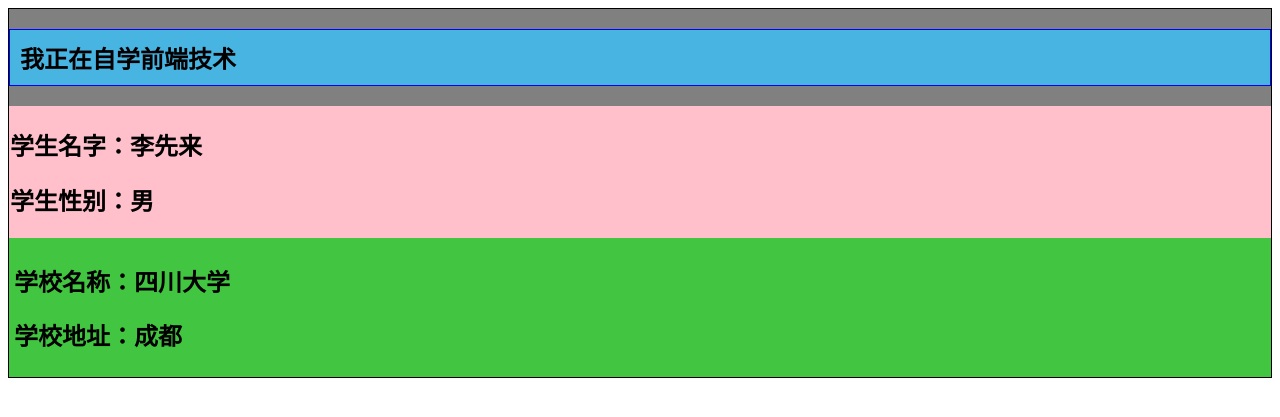
Repository: Lixianlai-2/The-journey-of-learning-Vue
Page: / (app in afterVueCli/Vue_Test/)
These files come from the project's save history. The page is drawn as it stood at one moment and after the next save; the edit follows.
The browser window is 1280 px wide. The pictures show the whole page.
The project was rebuilt for these pictures with package versions that can differ from the ones it lists, and the page was loaded fresh each time.

Above is the page before, as saved 2022-04-24 08:56:03.

### afterVueCli/Vue_Test/src/main.js
import Vue from "vue";
import App from "./App.vue";

// 关闭生产模式提醒
Vue.config.productionTip = false;

new Vue({
  render: (h) => h(App),
}).$mount("#app");

### afterVueCli/Vue_Test/src/App.vue
<template>
  <div id="app">
    <h2 class="hello">{{ msg }}</h2>
    <student />
    <school />
  </div>
</template>

<script>
import School from "./components/school.vue";
import student from "./components/student.vue";

export default {
  name: "App",
  components: {
    student,
    School,
  },
  data() {
    return {
      msg: "我正在自学前端技术",
    };
  },
};
</script>

<style lang="less">
#app {
  border: 1px solid black;
  background-color: gray;
  .hello {
    padding: 10px;
    border: 1px solid blue;
    background-color: rgb(71, 180, 226);
    margin-bottom: 20px;
  }
}
</style>

### afterVueCli/Vue_Test/src/components/school.vue
<template>
  <div class="school">
    <h2>学校名称：{{ name }}</h2>
    <h2>学校地址：{{ address }}</h2>
    <!-- <button @click="showName">点击弹出学生名字</button> -->
  </div>
</template>

<script>
export default {
  data() {
    return {
      name: "四川大学",
      address: "成都",
    };
  },
};
</script>

<style scoped]>
.school {
  padding: 5px;
  background-color: rgb(66, 197, 64);
}
</style>

### afterVueCli/Vue_Test/src/components/student.vue
<template>
  <div class="student">
    <h2>学生名字：{{ name }}</h2>
    <h2>学生性别：{{ gender }}</h2>
  </div>
</template>

<script>
export default {
  data() {
    return {
      name: "李先来",
      gender: "男",
    };
  },
};
</script>

<style scoped>
.student {
  padding: 1px;
  background-color: pink;
}
</style>

Loaded but not shown: afterVueCli/Vue_Test/public/index.html (common file)

After the next save:
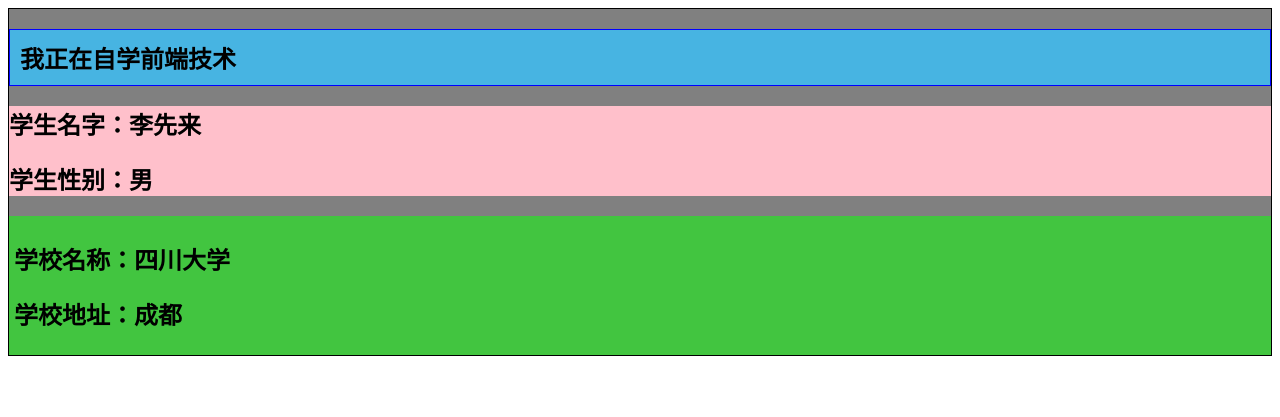
Saved 50 s later.
--- a/afterVueCli/Vue_Test/src/components/student.vue
+++ b/afterVueCli/Vue_Test/src/components/student.vue
@@ -18,7 +18,7 @@ export default {
 
 <style scoped>
 .student {
-  padding: 1px;
+  /* padding: 1px; */
   background-color: pink;
 }
 </style>
